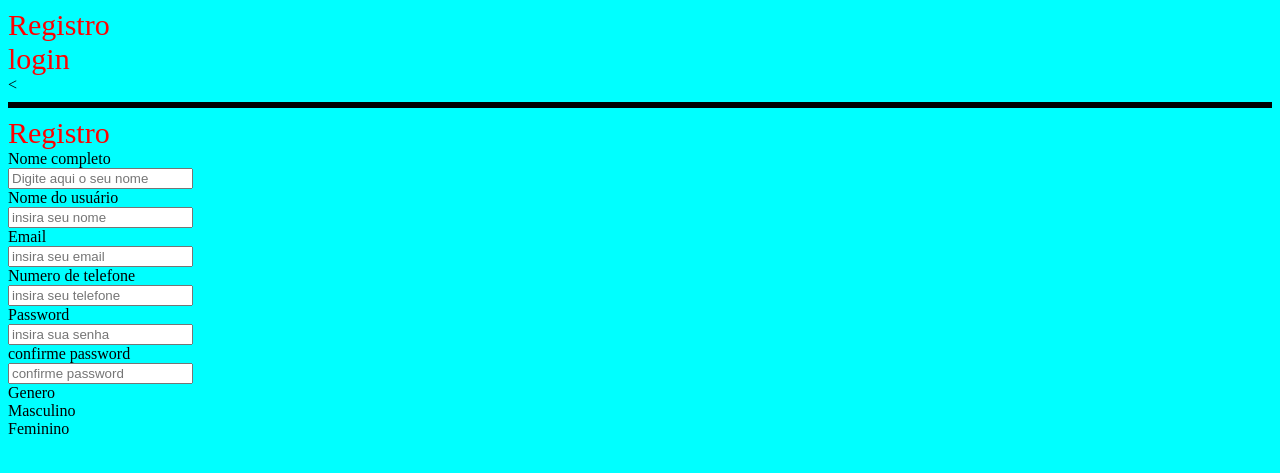
Repository: Vilmar-Freire/ESTUDOS-01-vilmar
Page: workspaces/prof-matheus battisti/matheus.html
These files come from the project's save history. The page is drawn as it stood at one moment and after the next save; the edit follows.
The browser window is 1280 px wide. The pictures show the whole page.

Above is the page before, as saved 2026-09-02 15:29:45.

### workspaces/prof-matheus battisti/matheus.html
<!DOCTYPE html>
<html lang="pt-BR">
<head>
    <meta charset="UTF-8">
    <meta name="keywords" content="Programacao, html, css, JavaScript">
    <meta name="Language" content="pt-BR">
    <meta name="Description" content="Formulario">
    <meta name="author" content="Vilmar Freire">
    <meta name="viewport" content="width=device-width, initial-scale=1.0">
    <link rel="stylesheet" href="./matheus.css">
    <title>Formulário</title>
</head>
<body>
  <div class="container">
    <div class="title">Registro</div>
    <form action="#"></form>
    </div>

    <div class="title">login</div>
    <


<hr size="6" color="black">


  <div class="container">
    <div class="title">Registro</div>
    <form action="#">

      <div class="user-details">
        <div class="input-box">
          <span class="details">Nome completo</span>
          <input type="text" placeholder="Digite aqui o seu nome" required>
        </div>
      </div>

      <div class="input-box">
        <span class="details">Nome do usuário</span>
        <input type="text" placeholder="insira seu nome" required>
      </div>

      <div class="input-box">
        <span class="details">Email</span>
        <input type="text" placeholder="insira seu email" required>
      </div>
      </div>

      <div class="input-box">
        <span class="details">Numero de telefone</span>
        <input type="text" placeholder="insira seu telefone" required>
      </div>

      <div class="input-box">
        <span class="details">Password</span>
        <input type="text" placeholder="insira sua senha" required>
      </div>

      <div class="input-box">
        <span class=details">confirme password</span>
        <input type="text"placeholder="confirme password" required>
      </div>

      <div class="gender-details">
        <span class="gender-title">Genero</span>
        <div class="category">
          <label for="">
            <span class="masculino"></span>
            <span class="gender">Masculino</span>
          </label>

          <label for="">
            <span class="feminino"></span>
            <span class="gender">Feminino</span>
          </label>
        </div>
      </div>
    </form>
  </div>
</body>
</html>

### workspaces/prof-matheus battisti/matheus.css
body{
    background-color: aqua;
}

span{
    display: block;

}

.title{
    color: red;
    font-size: 30px;
    text-align: left;
}

After the next save:
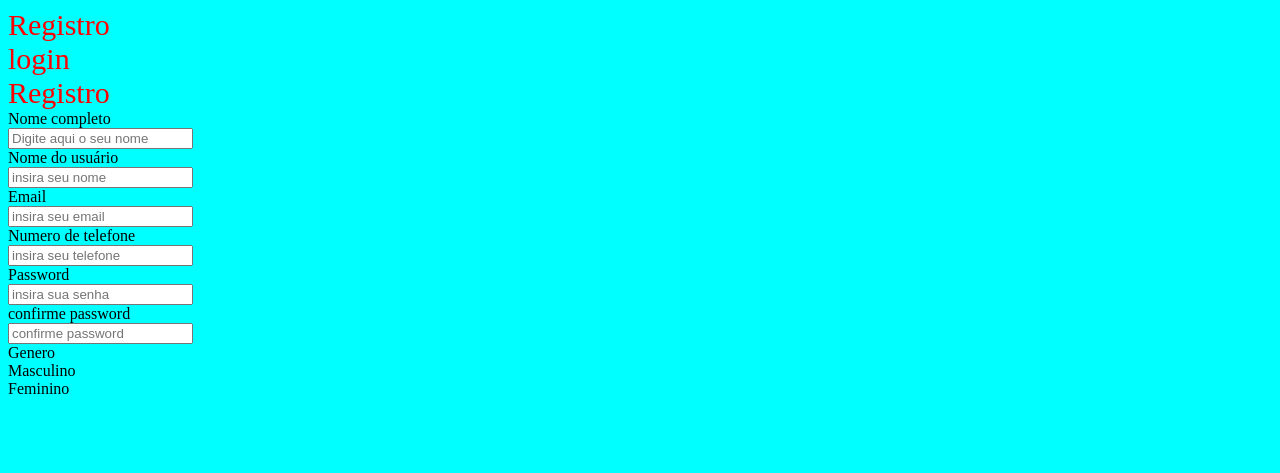
Saved 5 s later.
--- a/workspaces/prof-matheus battisti/matheus.html
+++ b/workspaces/prof-matheus battisti/matheus.html
@@ -17,7 +17,7 @@
     </div>
 
     <div class="title">login</div>
-    <
+    <form
 
 
 <hr size="6" color="black">
